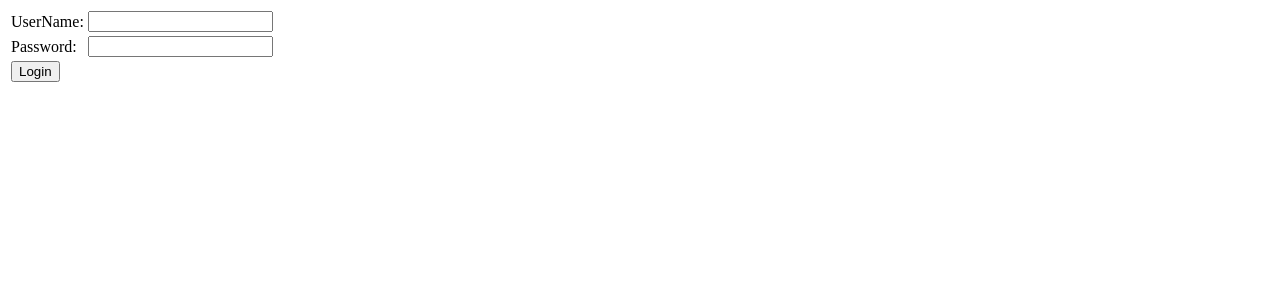
Repository: KnOX-07/eclipse-workspace
Page: WelcomeServ/src/main/webapp/index.html
An editor plug-in stored every save of this project. The page is shown before and after the next save, followed by the edit.
The browser window is 1280 px wide. The pictures show the whole page.

Above is the page before, as saved 2024-08-08 11:51:46.

### WelcomeServ/src/main/webapp/index.html
<!DOCTYPE html>
<html>
<head>
    <meta charset="ISO-8859-1">
    <title>Login Page</title>
</head>
<body>
    <div class="container">
        <form action="redisp" method="get">
            <table>
                <tr>
                    <td>UserName:</td>
                    <td><input type="text" name="user_name"></td>
                </tr>
                <tr>
                    <td>Password:</td>
                    <td><input type="password" name="password"></td>
                </tr>
                <tr>
                    <td>
                        <button type="submit">Login</button>
                    </td>
                </tr>
            </table>
        </form>
    </div>
</body>
</html>

After the next save:
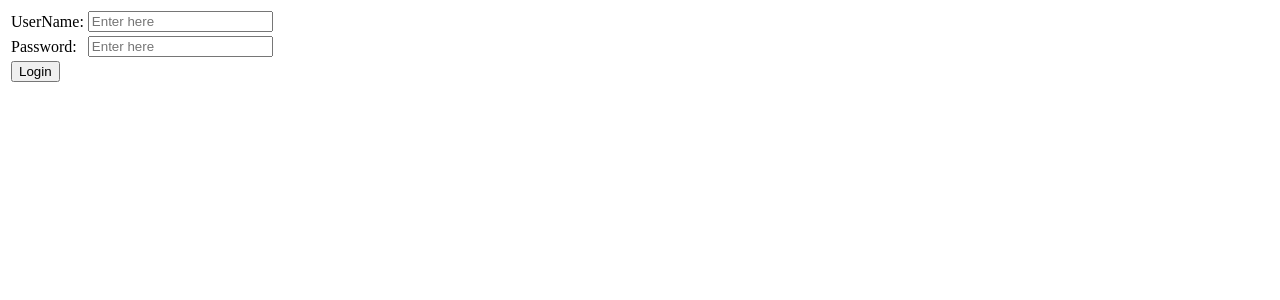
Saved 62 s later.
--- a/WelcomeServ/src/main/webapp/index.html
+++ b/WelcomeServ/src/main/webapp/index.html
@@ -6,15 +6,15 @@
 </head>
 <body>
     <div class="container">
-        <form action="redisp" method="get">
+        <form action="redisp" method="post">
             <table>
                 <tr>
                     <td>UserName:</td>
-                    <td><input type="text" name="user_name"></td>
+                    <td><input type="text" name="user_name" placeholder="Enter here" required></td>
                 </tr>
                 <tr>
                     <td>Password:</td>
-                    <td><input type="password" name="password"></td>
+                    <td><input type="password" name="password" placeholder="Enter here" required></td>
                 </tr>
                 <tr>
                     <td>
